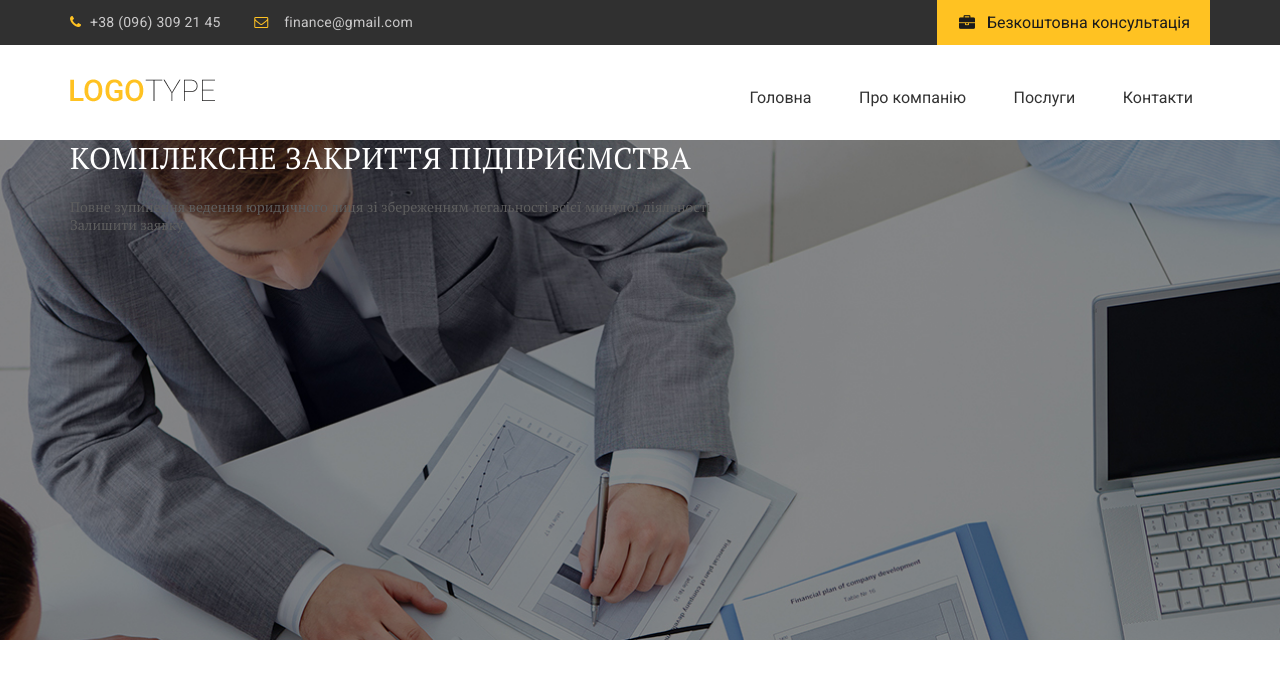
Repository: oliachipko/companysait
Page: index.html
The author's editor kept a copy of each file at every save. The page is drawn from the files as they stood at one save, then again after the next save.
The browser window is 1280 px wide. The pictures show the whole page.

Above is the page before, as saved 2020-11-17 01:44:20.

After the next save:
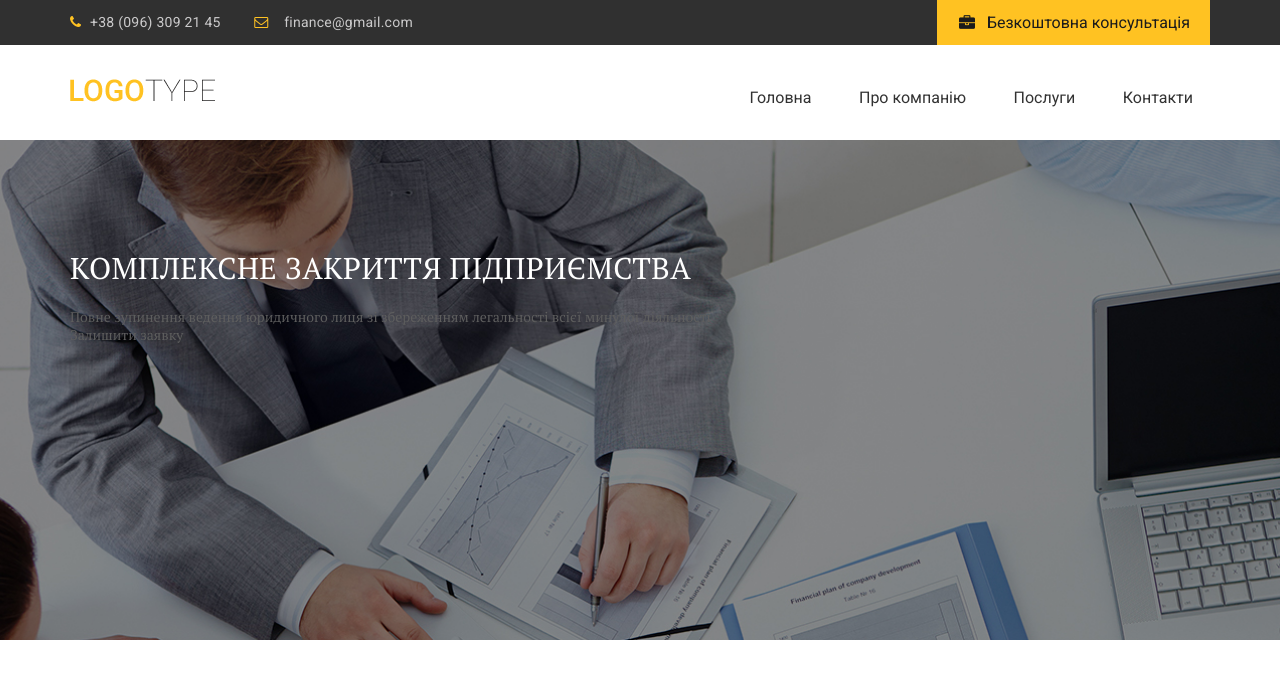
Saved 24 s later.
--- a/index.html
+++ b/index.html
@@ -49,6 +49,7 @@
       <div class="container">
         <div class="slider__inner">
           <div class="slider__item">
+            <div class="slider__item-content"></div>
             <div class="slider__title">
               КОМПЛЕКСНЕ ЗАКРИТТЯ ПІДПРИЄМСТВА
 
